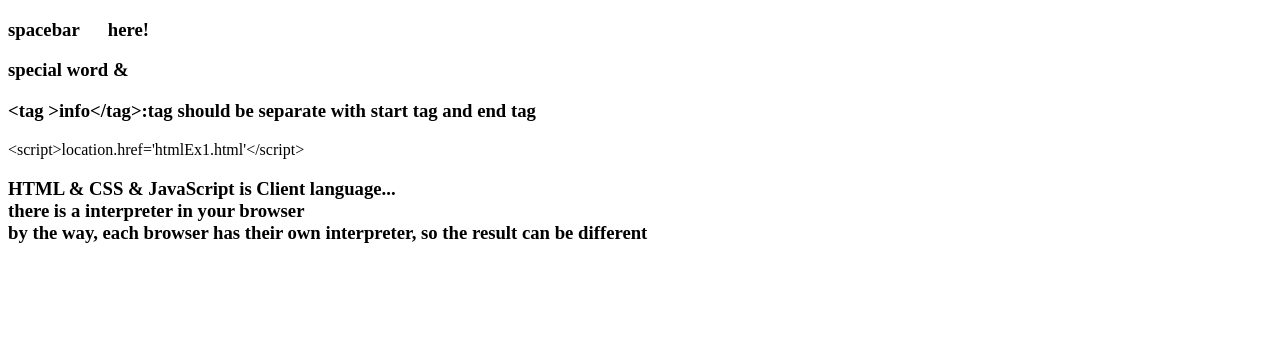
Repository: LucestDail/WebEclipse-Workspace
Page: htmlProject/WebContent/htmlEx3.html
These files come from the project's save history. The page is drawn as it stood at one moment and after the next save; the edit follows.
The browser window is 1280 px wide. The pictures show the whole page.

Above is the page before, as saved 2020-11-05 05:37:18.

### htmlProject/WebContent/htmlEx3.html
<!DOCTYPE html>
<html>
<head>
<meta charset="UTF-8">
<title>word printing</title>
</head>
<body>
<h3> spacebar&nbsp;&nbsp;&nbsp;&nbsp;&nbsp;&nbsp;here!</h3>
<h3> special word &amp;</h3>
<h3>&lt;tag &gt;info&lt;/tag&gt;:tag should be separate with start tag and end tag</h3>
&lt;script&gt;location.href='htmlEx1.html'&lt;/script&gt;
<h3> HTML &amp; CSS &amp; JavaScript is Client language...<br>
there is a interpreter in your browser<br>
by the way, each browser has their own interpreter, so the result can be different</h3>
</body>
</html>

After the next save:
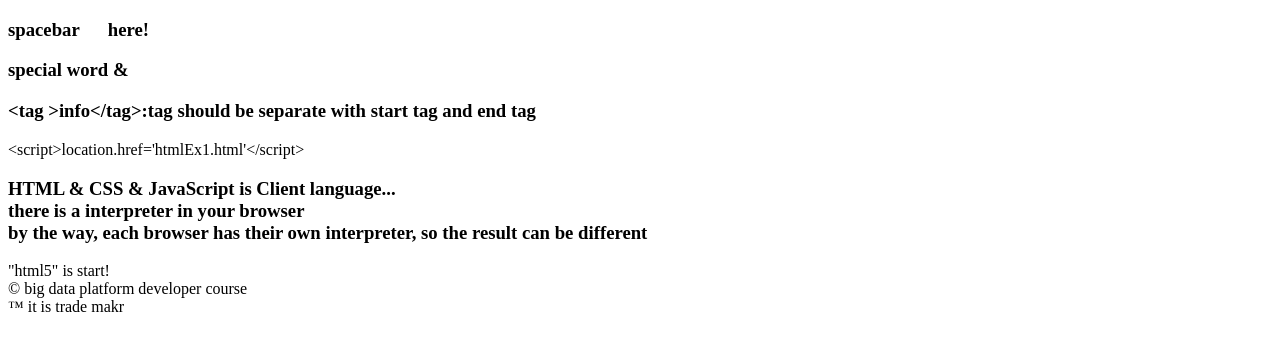
Saved 3 min 30 s later.
--- a/htmlProject/WebContent/htmlEx3.html
+++ b/htmlProject/WebContent/htmlEx3.html
@@ -11,6 +11,9 @@
 &lt;script&gt;location.href='htmlEx1.html'&lt;/script&gt;
 <h3> HTML &amp; CSS &amp; JavaScript is Client language...<br>
 there is a interpreter in your browser<br>
-by the way, each browser has their own interpreter, so the result can be different</h3>
+by the way, each browser has their own interpreter, so the result can be different<br></h3>
+&quot;html5&quot; is start!<br>
+&copy; big data platform developer course<br>
+&trade; it is trade makr<br>
 </body>
 </html>
